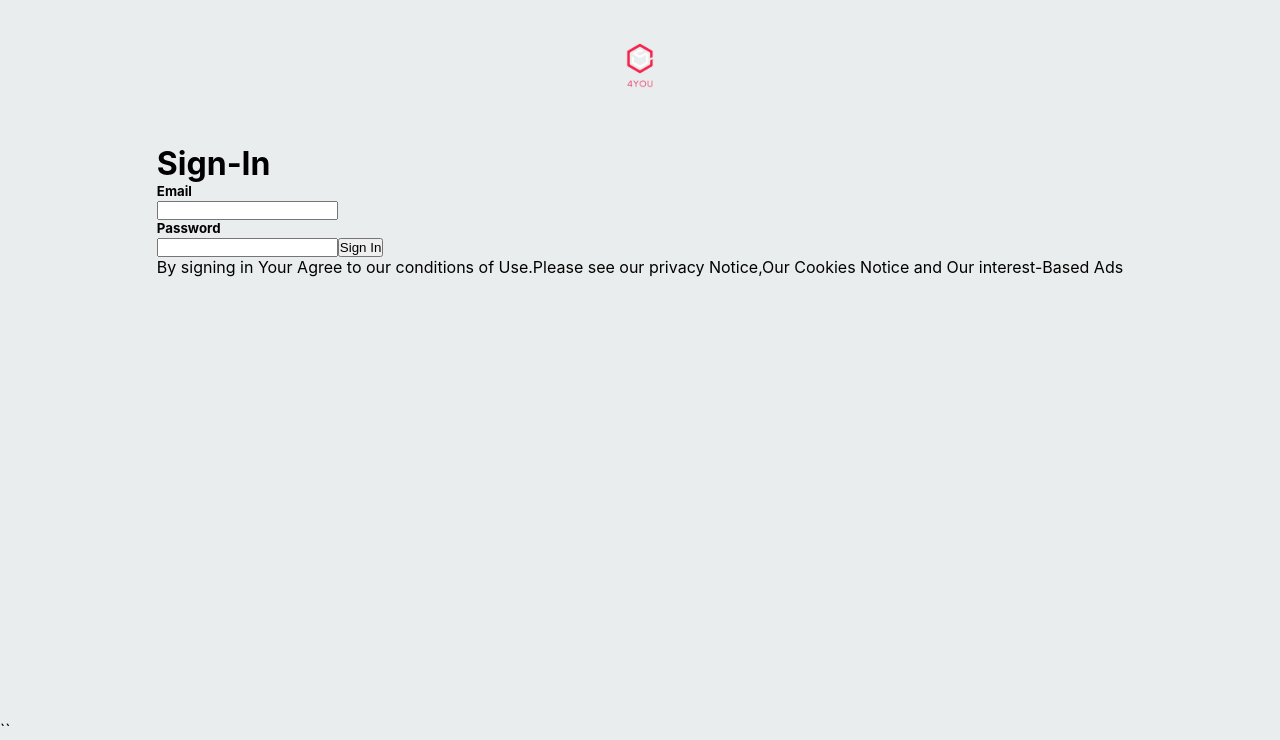
Repository: wansimathurin/4-YOU-ECOMMERCE
Page: /login
The author's editor kept a copy of each file at every save. The page is drawn from the files as they stood at one save, then again after a run of saves.
The browser window is 1280 px wide. The pictures show the whole page.
Some web libraries are served in a nearby version. The project was rebuilt for these pictures with package versions that can differ from the ones it lists, and the page was loaded fresh each time. Also part of the build but not shown: src/Header.js, src/Product.js, src/Home.css, src/Home.js, src/checkout.css, src/CheckoutProduct.css, src/CheckoutProduct.js, src/Checkout.js. Imported but missing from the stored project, and not drawn on this page: src/video.mp4.

Above is the page before, as saved 2021-06-08 05:16:55.

### public/index.html
<!DOCTYPE html>
<html lang="en">
  <head>
    <script src="https://kit.fontawesome.com/a076d05399.js" crossorigin="anonymous"></script>
    <meta charset="utf-8" />
    <link rel="icon" href="%PUBLIC_URL%/favicon.ico" />
    <meta name="viewport" content="width=device-width, initial-scale=1" />
    <meta name="theme-color" content="#000000" />
    <meta
      name="description"
      content="Web site created using create-react-app"
    />
    <link rel="apple-touch-icon" href="%PUBLIC_URL%/logo192.png" />
    <!--
      manifest.json provides metadata used when your web app is installed on a
      user's mobile device or desktop. See https://developers.google.com/web/fundamentals/web-app-manifest/
    -->
    <link rel="manifest" href="%PUBLIC_URL%/manifest.json" />
    <!--
      Notice the use of %PUBLIC_URL% in the tags above.
      It will be replaced with the URL of the `public` folder during the build.
      Only files inside the `public` folder can be referenced from the HTML.

      Unlike "/favicon.ico" or "favicon.ico", "%PUBLIC_URL%/favicon.ico" will
      work correctly both with client-side routing and a non-root public URL.
      Learn how to configure a non-root public URL by running `npm run build`.
    -->
    <title>React App</title>
  </head>
  <body>
    <noscript>You need to enable JavaScript to run this app.</noscript>
    <div id="root"></div>
    <!--
      This HTML file is a template.
      If you open it directly in the browser, you will see an empty page.

      You can add webfonts, meta tags, or analytics to this file.
      The build step will place the bundled scripts into the <body> tag.

      To begin the development, run `npm start` or `yarn start`.
      To create a production bundle, use `npm run build` or `yarn build`.
    -->
  </body>
</html>

### src/App.js
import React from "react";
import "./App.css";
import Header from './Header';
import Home from './Home';
import Checkout from './Checkout'
import Login from "./Login"

import { BrowserRouter as Router, Switch, Route } from "react-router-dom";

function App() {
  return (
    <Router>
        <div className="app">
          <Switch>
              <Route path="/checkout">
                    <Header />
                    <Checkout />
              </Route>
              <Route path="/login">
                    <Login />``
              </Route>
              <Route path="/">
                 <Header />
                 <Home />

              </Route>


          </Switch>
        </div>
    </Router>
  );
}

export default App;

### src/StateProvider.js
// setup data layer
// we need this to track the basket
import React, { createContext, useContext, useReducer } from "react";
//This is the data layer
export const StateContext = createContext()
//Build a provider
export const StateProvider = ({reducer, initialState, children}) => (
    <StateContext.Provider value={useReducer(reducer, initialState)}>
        {children}
    </StateContext.Provider>
)
//This is how we use it inside of a component
export const useStateValue = () => useContext(StateContext)

### src/reducer.js
export const initialState = {
    basket: [
      {
        id:"4444",
        title:"Poodle ( Toto )",
        price:2800,
        rating:3,
        image:"http://loveteacuppuppy.com/wp-content/uploads/2020/01/KakaoTalk_20200128_184810841-600x600.jpg",
      },
    ],
    user: null
}

export const getBasketTotal = (basket) => basket?.reduce((amount, item) => item.price + amount, 0);

function reducer(state, action) {
    switch(action.type) {
        case "SET_USER":
            return {
                ...state,
                user: action.user
            }
        case "ADD_TO_BASKET":
            return {
                ...state,
                basket: [...state.basket, action.item]
            };
        case 'REMOVE_FROM_BASKET':
            let newBasket  = [...state.basket];
            const index = state.basket.findIndex((basketItem) => basketItem.id === action.id);
            if(index >= 0) {
                //item exist in the basket, remove it
                newBasket.splice(index, 1)
            } else {
                console.warn (
                    `Can't remove product{id: ${action.id}} as it is not in the basket`
                );
            }
            return{
                ...state,
                basket: newBasket
            };
        default:
            return state
    }
}
export default reducer;

### src/Login.js
import React from 'react';
import "./Login.css";
import logo1  from "./logo1.png";
import {Link} from "react-router-dom";

function Login() {
    return (
        <div className="Login">
            <Link to="/">
            <img className="header__logo" src={logo1} alt=""></img>
            </Link>
            <div className="Login__container">
                <h1>Sign-In</h1>
                <form>
                    <h5>Email</h5>
                    <input type="text"/>
                    <h5>Password</h5>
                    <input type="password"/>
                    <button type="">Sign In</button>
                </form>
                <p>By signing in Your Agree to our conditions of Use.Please see our privacy Notice,Our Cookies Notice
                    and Our interest-Based Ads
                </p>
            </div>
        </div>
    )
}

export default Login

### src/Header.css
.header{
    background-color:#296073;
    display:flex;
    align-items:center;
    position: sticky;
    top:0;
    z-index:100;
  }

.header__logo{
    width:100px;
    margin-left: 20px;
    margin-right: 20px;
    margin-top:18px;
    object-fit:contain;
}

.hearder__searchIcon{
   background-color:#f49432;
   padding:5px;
   height:22px !important;

}
.hearder__optionLineOne{
    font-size: 10px;
}
.hearder__optionLineTwo{
    font-size: 13px;
    font-weight: 800;
}
.header__search{
    display:flex;
    flex:1;
}
.header__searchInput{
    height:12px;
    padding:10px;
    border:none;
    width:100%;
}
.hearder__nav{
    display:flex;
    justify-content:space-evenly;
}
.hearder__link{
    display:flex;
    flex-direction: column;
    color: white;
    text-decoration: none;
}
.hearder__option{
    display:flex;
    flex-direction:column;
    margin-left: 10px;
    margin-right:10px;
}
.header__optionBasket{
    display:flex;
}
.headerBasketCount{
    margin-left: 10px;
    margin-right: 10px;
}

### src/Login.css
.Login{
    display:flex;
    flex-direction: column;
    align-items:center;
    height:100vh;
}

.header__logo{
    margin-top:20px;
    margin-bottom:20px;
    object-fit: contain;
    width: 100px;
    margin-left: auto;
    margin-right: auto;
}

### src/Product.css
.product__rating{
    display:flex;

}
.product{
    flex: 1;
    flex-wrap:wrap;
   display: flex;
   flex-direction:column;
   max-height:400px;
   min-width:100px;
   align-items:center;
   margin:10px;
   justify-content: flex-end;
   background-color:white;
   z-index: 1;
}
.product__price{
    margin-top: 5px;
}
.product > img{
 width: 100%;
 max-height: 200px;
 object-fit: contain;
 margin-bottom: 15px;
}
.product__info{
    max-height: 100px;
    margin:15px;
}
.product > button{
    padding:5px;
    margin-bottom: 20px;
    background-color:#296073;
    border: 1px solid;
    border-color:#296073;
}.product > button:hover{
    background-color:#f49432;
}
.fas{
    color: #f49432;
}
button{
    cursor: pointer;
}

Loaded but not shown: src/index.js (common file); src/index.css (common file); src/App.css (common file)

After the next 2 saves:
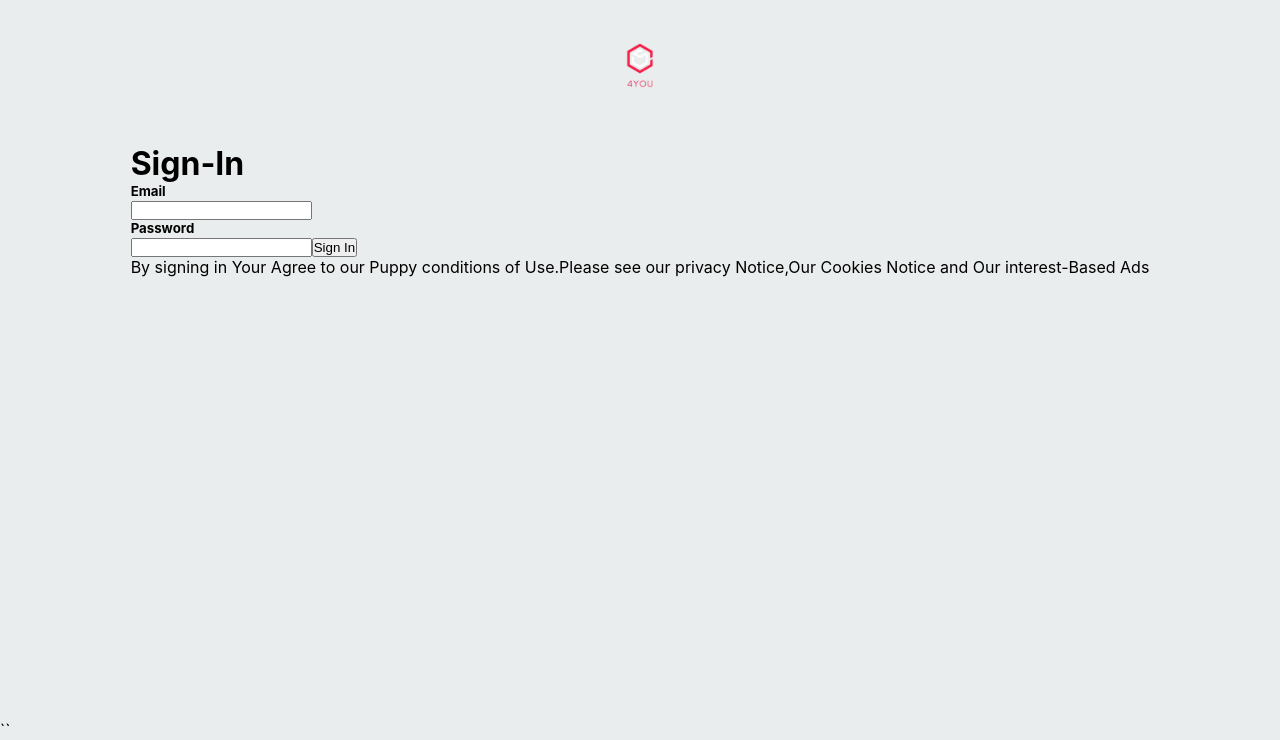
The 2 saves are shown as one change because they came seconds apart.
The last was saved 25 s later.
--- a/src/Login.js
+++ b/src/Login.js
@@ -18,7 +18,7 @@ function Login() {
                     <input type="password"/>
                     <button type="">Sign In</button>
                 </form>
-                <p>By signing in Your Agree to our conditions of Use.Please see our privacy Notice,Our Cookies Notice
+                <p>By signing in Your Agree to our Puppy conditions of Use.Please see our privacy Notice,Our Cookies Notice
                     and Our interest-Based Ads
                 </p>
             </div>
